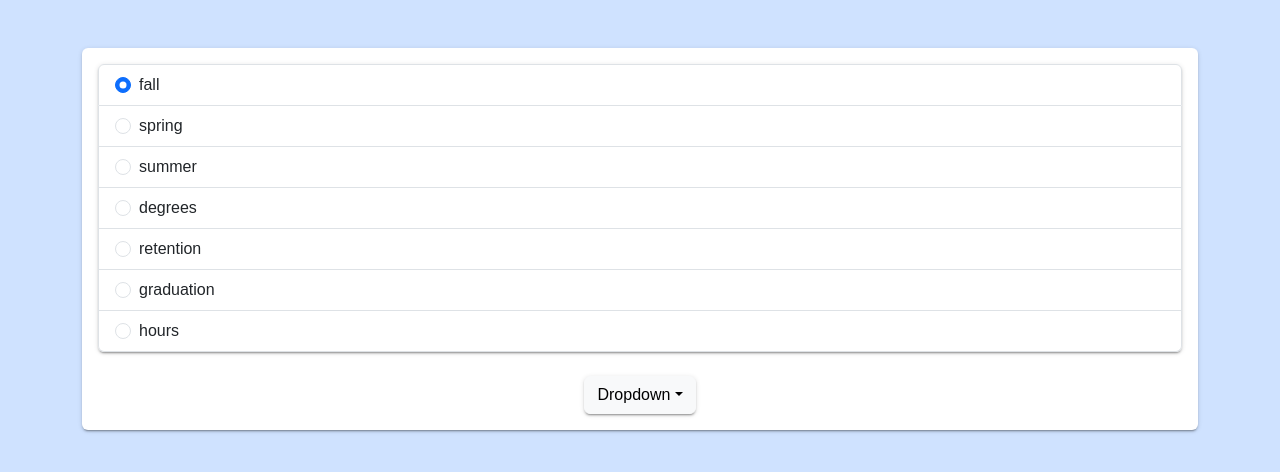
Repository: chancellor-w-whitaker/trying-context
Page: /
These files come from the project's save history. The page is drawn as it stood at one moment and after the next save; the edit follows.
The browser window is 1280 px wide. The pictures show the whole page.
The page's requests for data from a server got no answer. Some web fonts or font styles are not loaded; a fallback is used. The project was rebuilt for these pictures with package versions that can differ from the ones it lists, and the page was loaded fresh each time. No one was signed in, and anything a server would have sent is missing. Also part of the build but not shown: vite.config.js.

Above is the page before, as saved 2024-01-14 14:25:19.

### src/main.jsx
// Bootstrap Bundle JS
import "bootstrap/dist/js/bootstrap.bundle.min";
// Bootstrap CSS
import "bootstrap/dist/css/bootstrap.min.css";
import ReactDOM from "react-dom/client";
import React from "react";

import { AppContextProvider } from "./AppContextProvider.jsx";
import App from "./App.jsx";
import "./index.css";

ReactDOM.createRoot(document.getElementById("root")).render(
  <React.StrictMode>
    <AppContextProvider>
      <App />
    </AppContextProvider>
  </React.StrictMode>
);

### src/AppContextProvider.jsx
import { startTransition, useCallback, useState } from "react";

import { comparePreviousColumnFilters } from "./functions/comparePreviousColumnFilters";
import { returnColsWithValuesAndType } from "./functions/returnColsWithValuesAndType";
import { buildRelevantColumnFilters } from "./functions/buildRelevantColumnFilters";
import { AppContext } from "./contexts/AppContext";
import { fileNames } from "./constants/fileNames";
import { useJSON } from "./hooks/useJSON";

export const AppContextProvider = ({ children }) => {
  const value = useProvideGlobally();

  return <AppContext.Provider value={value}>{children}</AppContext.Provider>;
};

const useProvideGlobally = () => {
  const [fileName, setFileName] = useState(fileNames[0]);
  const [columnFilters, setColumnFilters] = useState({});

  const onFileChange = useCallback(
    (e) => startTransition(() => setFileName(e.target.value)),
    [setFileName]
  );

  const onColumnFilterChange = useCallback(
    ({ target: { name: field, value } }) =>
      setColumnFilters((previousState) => {
        // destructure top object (looks like { field1: {}, field2: {}, ... })
        const nextState = { ...previousState };
        // destructure field object (looks like { checklist: {}, relevant })
        nextState[field] = { ...nextState[field] };
        // destructure checklist (looks like { value1: {}, value2: {}, ... })
        nextState[field].checklist = { ...nextState[field].checklist };

        const { relevant, checked } = nextState[field].checklist[value];
        // create new object for value and flip checked state
        nextState[field].checklist[value] = { checked: !checked, relevant };

        return nextState;
      }),
    []
  );

  const onBeforeEnd = useCallback((json, setResult) => {
    const columns = returnColsWithValuesAndType(json);

    setColumnFilters((previousColumnFilters) => {
      const relevantColumnFilters = buildRelevantColumnFilters(columns);

      comparePreviousColumnFilters(
        previousColumnFilters,
        relevantColumnFilters
      );

      return relevantColumnFilters;
    });

    // object that maps key (field) to checklist
    // checklist: { type, list }
    // field (string)
    // type (string) ("checkbox" or "radio")
    // list: [{}, {}, {}] (or what about an object that maps value to item state? that might solve indexing issues deriving from managing arrays in state)
    // list element: { value, checked, disabled (or relevant, or just something to describe relevance to dataset) }

    // in the future, may need something to describe relevance to filtered dataset
    // remember, this operation doesn't have to be run until you close (or maybe even open) a checklist
    // and what about sorting a list by relevance when opening a checklist? should this be a stateful or visual operation?
    // making it stateful would probably make updating the state of the item easier because the item's index in the list wouldn't change

    setResult(json);
  }, []);

  const data = useJSON(`data/${fileName}.json`, onBeforeEnd);

  return {
    onColumnFilterChange,
    columnFilters,
    onFileChange,
    fileName,
    data,
  };
};

### src/App.jsx
import {
  DropdownButton,
  ListGroupItem,
  DropdownMenu,
  ListGroup,
  Dropdown,
} from "./components/Dropd";
import { useBodyBgVariant } from "./hooks/useBodyBgVariant";
import { useAppContext } from "./hooks/useAppContext";
import { toTitleCase } from "./functions/toTitleCase";
import { Container } from "./components/Container";
import { fileNames } from "./constants/fileNames";
import "./App.css";

const App = () => {
  useBodyBgVariant("primary-subtle");

  const { onColumnFilterChange, columnFilters, onFileChange, fileName } =
    useAppContext();

  return (
    <>
      <Container>
        <div className="d-flex flex-column gap-4">
          <ListGroup className="shadow-sm">
            {fileNames.map((thisFileName) => (
              <ListGroupItem
                checked={thisFileName === fileName}
                onChange={onFileChange}
                value={thisFileName}
                key={thisFileName}
                type="radio"
                name="file"
              >
                {thisFileName}
              </ListGroupItem>
            ))}
          </ListGroup>
          {/* <div className="d-flex flex-wrap gap-3"> */}
          {Object.entries(columnFilters).map(
            ([field, { relevant: fieldRelevance, checklist }]) => (
              <Dropdown key={field}>
                <DropdownButton
                  data-bs-auto-close="outside"
                  className="shadow-sm"
                  variant="light"
                >
                  {toTitleCase(field)}
                </DropdownButton>
                <DropdownMenu className="py-0 border-0">
                  <ListGroup className="shadow-sm">
                    {Object.entries(checklist).map(
                      ([value, { relevant: valueRelevance, checked }]) => (
                        <ListGroupItem
                          onChange={onColumnFilterChange}
                          checked={checked}
                          type="checkbox"
                          value={value}
                          name={field}
                          key={value}
                        >
                          {value}
                        </ListGroupItem>
                      )
                    )}
                  </ListGroup>
                </DropdownMenu>
              </Dropdown>
            )
          )}
          <Dropdown>
            <DropdownButton
              data-bs-auto-close="outside"
              className="shadow-sm"
              variant="light"
            >
              Dropdown
            </DropdownButton>
            <DropdownMenu className="py-0 border-0">
              <ListGroup className="shadow-sm">
                <ListGroupItem>First checkbox</ListGroupItem>
                <ListGroupItem>Second checkbox</ListGroupItem>
                <ListGroupItem>Third checkbox</ListGroupItem>
              </ListGroup>
            </DropdownMenu>
          </Dropdown>

          {/* {Object.entries(columnFilters).map(
              ([field, { relevant: fieldRelevance, checklist }]) => (
                <Dropdown
                  menuContent={
                    <>
                      {Object.entries(checklist).map(
                        ([value, { relevant: valueRelevance, checked }]) => (
                          <DropdownItemParent
                            className={checked ? "active" : ""}
                            onClick={onColumnFilterItemClick}
                            disabled={!valueRelevance}
                            field={field}
                            value={value}
                            key={value}
                          >
                            {value}
                          </DropdownItemParent>
                        )
                      )}
                    </>
                  }
                  trigger={
                    <DropdownTrigger
                      data-bs-auto-close="outside"
                      className="shadow-sm w-100"
                      disabled={!fieldRelevance}
                    >
                      {toTitleCase(field)}
                    </DropdownTrigger>
                  }
                  className="col"
                  key={field}
                ></Dropdown>
              )
            )} */}
          {/* </div> */}
        </div>
      </Container>
    </>
  );
};

export default App;

### src/index.css
@import url("https://fonts.cdnfonts.com/css/poppins");

:root,
[data-bs-theme="light"] {
  --bs-font-sans-serif: "Poppins", sans-serif;

  --bs-box-shadow: 0px 3px 3px -2px rgba(0, 0, 0, 0.2),
    0px 3px 4px 0px rgba(0, 0, 0, 0.14), 0px 1px 8px 0px rgba(0, 0, 0, 0.12);
  --bs-box-shadow-sm: 0px 3px 1px -2px rgba(0, 0, 0, 0.2),
    0px 2px 2px 0px rgba(0, 0, 0, 0.14), 0px 1px 5px 0px rgba(0, 0, 0, 0.12);
  --bs-box-shadow-lg: 0px 2px 4px -1px rgba(0, 0, 0, 0.2),
    0px 4px 5px 0px rgba(0, 0, 0, 0.14), 0px 1px 10px 0px rgba(0, 0, 0, 0.12);
}

body {
  overflow-y: scroll;
}

### src/functions/comparePreviousColumnFilters.js
export const comparePreviousColumnFilters = (previousState, nextState) => {
  Object.entries(previousState).forEach(([field, { checklist }]) => {
    if (!(field in nextState)) {
      nextState[field] = {
        checklist: Object.fromEntries(
          Object.entries(checklist).map(([value, { checked }]) => [
            value,
            { relevant: false, checked },
          ])
        ),
        relevant: false,
      };
    } else {
      Object.entries(checklist).forEach(([value, { checked }]) => {
        const nextChecklist = nextState[field].checklist;

        if (value in nextChecklist) {
          nextChecklist[value].checked = checked;
        } else {
          nextChecklist[value] = { relevant: false, checked };
        }
      });
    }
  });
};

### src/functions/returnColsWithValuesAndType.js
const loopDataAndDeriveColProperties = (data) => {
  const fieldToColumn = {};

  data.forEach((row) => {
    Object.keys(row).forEach((field) => {
      if (!(field in fieldToColumn)) {
        fieldToColumn[field] = { values: new Set(), types: {} };
      }

      const { values, types } = fieldToColumn[field];

      const value = row[field];
      values.add(value);

      const type = typeof value;
      if (!(type in types)) types[type] = 0;
      types[type] += 1;
    });
  });

  return fieldToColumn;
};

export const returnColsWithValuesAndType = (data) => {
  const fieldToColumn = loopDataAndDeriveColProperties(data);

  return Object.entries(fieldToColumn).map(([field, { values, types }]) => ({
    type: Object.entries(types)
      .sort((arrA, arrB) => arrB[1] - arrA[1])
      .find(([type]) => type === "string" || type === "number")[0],
    values: [...values].sort(),
    field,
  }));
};

### src/functions/buildRelevantColumnFilters.js
export const buildRelevantColumnFilters = (columns) => {
  return Object.fromEntries(
    columns
      .filter(({ type }) => type === "string")
      .map(({ values, field }) => [
        field,
        {
          checklist: Object.fromEntries(
            values.map((value) => [value, { relevant: true, checked: true }])
          ),
          relevant: true,
        },
      ])
  );
};

### src/constants/fileNames.js
export const fileNames = [
  "fall",
  "spring",
  "summer",
  "degrees",
  "retention",
  "graduation",
  "hours",
];

### src/hooks/useJSON.jsx
import { useEffect } from "react";
import { useState } from "react";

export const useJSON = (url, onBeforeEnd) => {
  const [result, setResult] = useState(null);

  useEffect(() => {
    if (url) {
      let ignore = false;

      fetch(url)
        .then((response) => response.json())
        .then((json) => {
          if (!ignore) {
            typeof onBeforeEnd === "function"
              ? onBeforeEnd(json, setResult)
              : setResult(json);
          }
        });

      return () => {
        ignore = true;
      };
    }
  }, [url, onBeforeEnd]);

  return result;
};

### src/components/Dropd.jsx
import { memo } from "react";

export const Dropdown = ({ className = "", ...rest }) => {
  return (
    <>
      <div className={`dropdown ${className}`.trimEnd()} {...rest}></div>
    </>
  );
};

export const DropdownButton = ({
  variant = "secondary",
  className = "",
  ...rest
}) => {
  return (
    <>
      <button
        className={`btn btn-${variant} dropdown-toggle ${className}`.trimEnd()}
        {...rest}
        data-bs-toggle="dropdown"
        aria-expanded="false"
        type="button"
      ></button>
    </>
  );
};

export const DropdownMenu = ({ className = "", ...rest }) => {
  return (
    <>
      <ul className={`dropdown-menu ${className}`.trimEnd()} {...rest}></ul>
    </>
  );
};

export const ListGroup = ({ className = "", ...rest }) => {
  return (
    <>
      <div className={`list-group ${className}`.trimEnd()} {...rest}></div>
    </>
  );
};

export const ListGroupItem = memo(
  ({
    type = "checkbox",
    className = "",
    onChange,
    children,
    checked,
    value,
    name,
  }) => {
    return (
      <>
        <label
          className={`list-group-item d-flex gap-2 ${className}`.trimEnd()}
        >
          <input
            className="form-check-input flex-shrink-0"
            {...{ onChange, checked, value, type, name }}
          />
          <span>{children}</span>
        </label>
      </>
    );
  }
);

ListGroupItem.displayName = "ListGroupItem";

### src/hooks/useBodyBgVariant.jsx
import { useEffect } from "react";

export const useBodyBgVariant = (variant) => {
  useEffect(() => {
    document.body.classList.add(`bg-${variant}`);

    return () => {
      document.body.classList.remove(`bg-${variant}`);
    };
  }, [variant]);
};

### src/hooks/useAppContext.jsx
import { useContext } from "react";

import { AppContext } from "../contexts/AppContext";

export const useAppContext = () => useContext(AppContext);

### src/functions/toTitleCase.js
import { Str } from "@supercharge/strings";

export const toTitleCase = (string) => Str(string).pascal().words().join(" ");

### src/components/Container.jsx
export const Container = ({ children }) => {
  return (
    <>
      <main className="container">
        <div className="my-3 p-3 bg-body rounded shadow-sm">{children}</div>
      </main>
    </>
  );
};

Loaded but not shown: index.html (common file); src/contexts/AppContext.jsx (common file); src/App.css (common file)

After the next save:
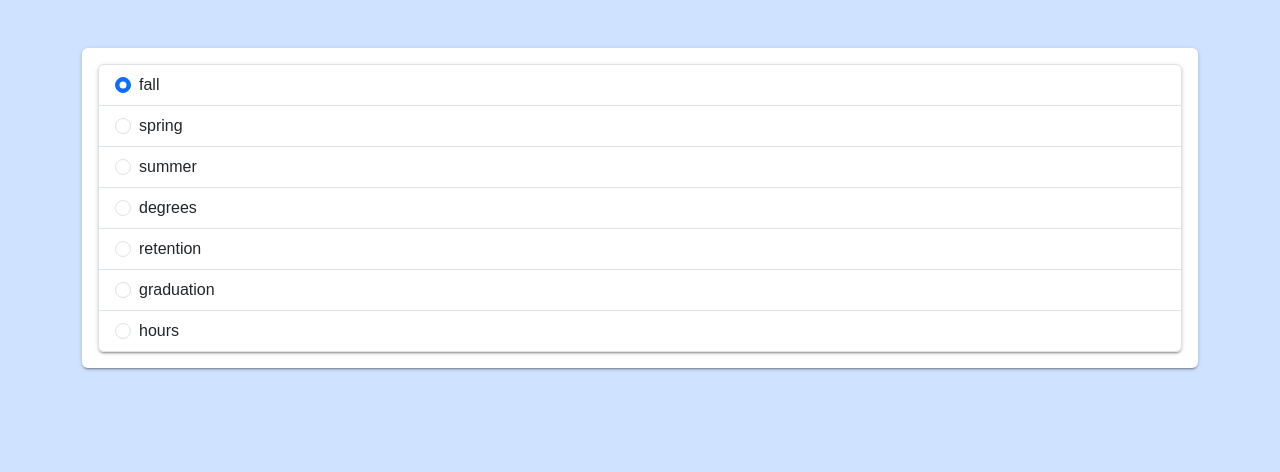
Saved 11 s later.
--- a/src/App.jsx
+++ b/src/App.jsx
@@ -68,22 +68,6 @@ const App = () => {
               </Dropdown>
             )
           )}
-          <Dropdown>
-            <DropdownButton
-              data-bs-auto-close="outside"
-              className="shadow-sm"
-              variant="light"
-            >
-              Dropdown
-            </DropdownButton>
-            <DropdownMenu className="py-0 border-0">
-              <ListGroup className="shadow-sm">
-                <ListGroupItem>First checkbox</ListGroupItem>
-                <ListGroupItem>Second checkbox</ListGroupItem>
-                <ListGroupItem>Third checkbox</ListGroupItem>
-              </ListGroup>
-            </DropdownMenu>
-          </Dropdown>
 
           {/* {Object.entries(columnFilters).map(
               ([field, { relevant: fieldRelevance, checklist }]) => (
